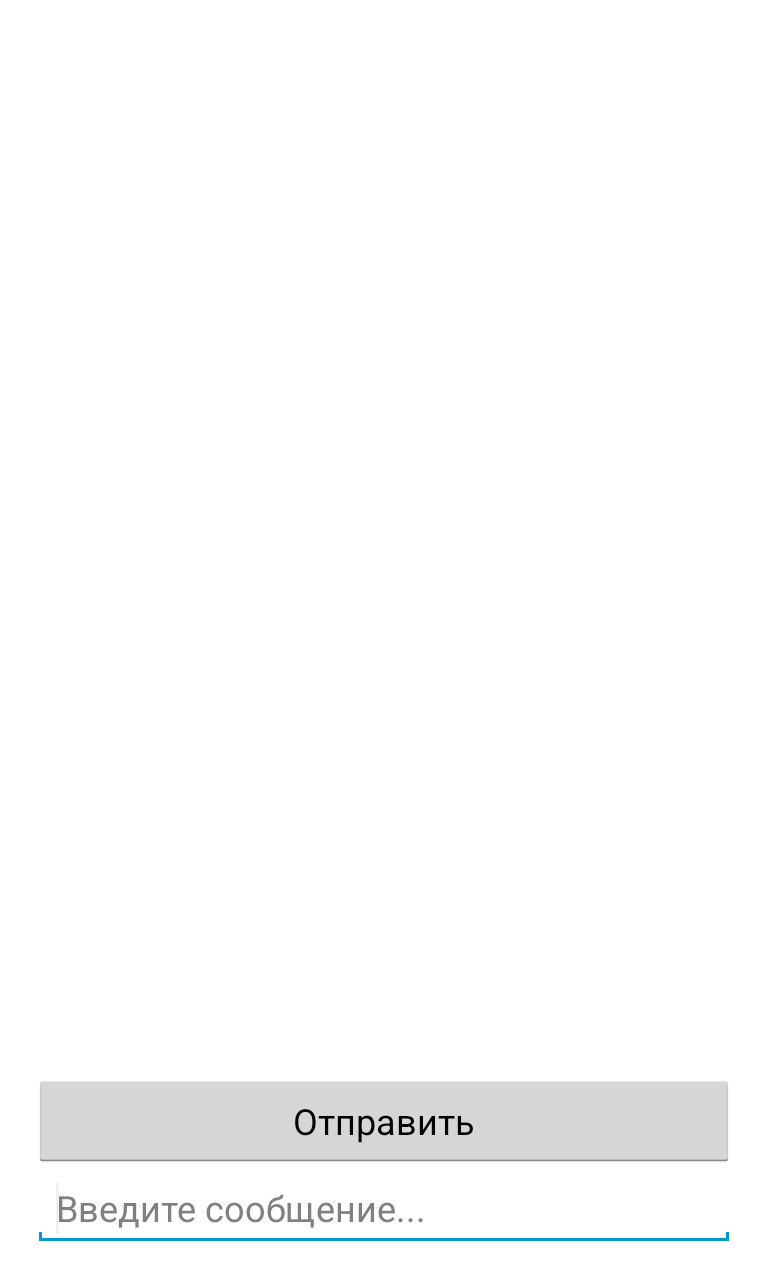
Repository: DukeSpontaneous/Bluetooth-Chat
Layout: BluetoothChat/res/layout/chat.xml
An editor plug-in stored every save of this project. The layout is shown before and after the next save, followed by the edit.
It is drawn on a 768 x 1280 px phone screen (xhdpi) without system bars, with theme AppTheme; the app's code is not run. Lists and similar views that code fills are empty.

Above is the layout before, as saved 2016-08-18 09:10:21.

### BluetoothChat/res/layout/chat.xml
<?xml version="1.0" encoding="utf-8"?>
<LinearLayout xmlns:android="http://schemas.android.com/apk/res/android"
    android:id="@+id/LinearLayout1"
    android:layout_width="match_parent"
    android:layout_height="match_parent"
    android:orientation="vertical"
    android:paddingBottom="16dp"
    android:paddingLeft="16dp"
    android:paddingRight="16dp"
    android:paddingTop="16dp">

    <!--android:configChanges="orientation|screenSize"-->



    <ListView
        android:id="@+id/listViewChat"
        android:layout_width="match_parent"
        android:layout_height="0dp"
        android:layout_weight="1" >
    </ListView>

      <Button
        android:id="@+id/buttonSendMessage"
        android:layout_width="match_parent"
        android:layout_height="wrap_content"
        android:text="@string/b_send_message" />

    <EditText
        android:id="@+id/et_input_message"
        android:layout_width="match_parent"
        android:layout_height="wrap_content"
        android:ems="10"
        android:hint="@string/hint_input_message"
        android:inputType="textMultiLine" >

        <requestFocus />
    </EditText>


</LinearLayout>

### BluetoothChat/res/values/strings.xml
<?xml version="1.0" encoding="utf-8"?>
<resources>

    <string name="app_name">Bluetooth Chat</string>
    <string name="tv_server_mode">Режим сервера</string>
    <string name="tv_client_mode">Режим клиента</string>
    <string name="b_server">Запустить сервер</string>
    <string name="sw_discover_devices">Искать устройства</string>

    <string name="b_send_message">Отправить</string>
    <string name="hint_input_message">Введите сообщение...</string>

    <string name="service_uuid">565b2b42-b215-4717-a10b-f61bd445001f</string>
    <string name="service_name">Testing Server</string>

    <string name="request_code_mode">RequestCodeMode</string>

</resources>

Loaded but not shown: BluetoothChat/res/values/styles.xml (common file); BluetoothChat/res/values-v11/styles.xml (common file); BluetoothChat/res/values-v14/styles.xml (common file)

After the next save:
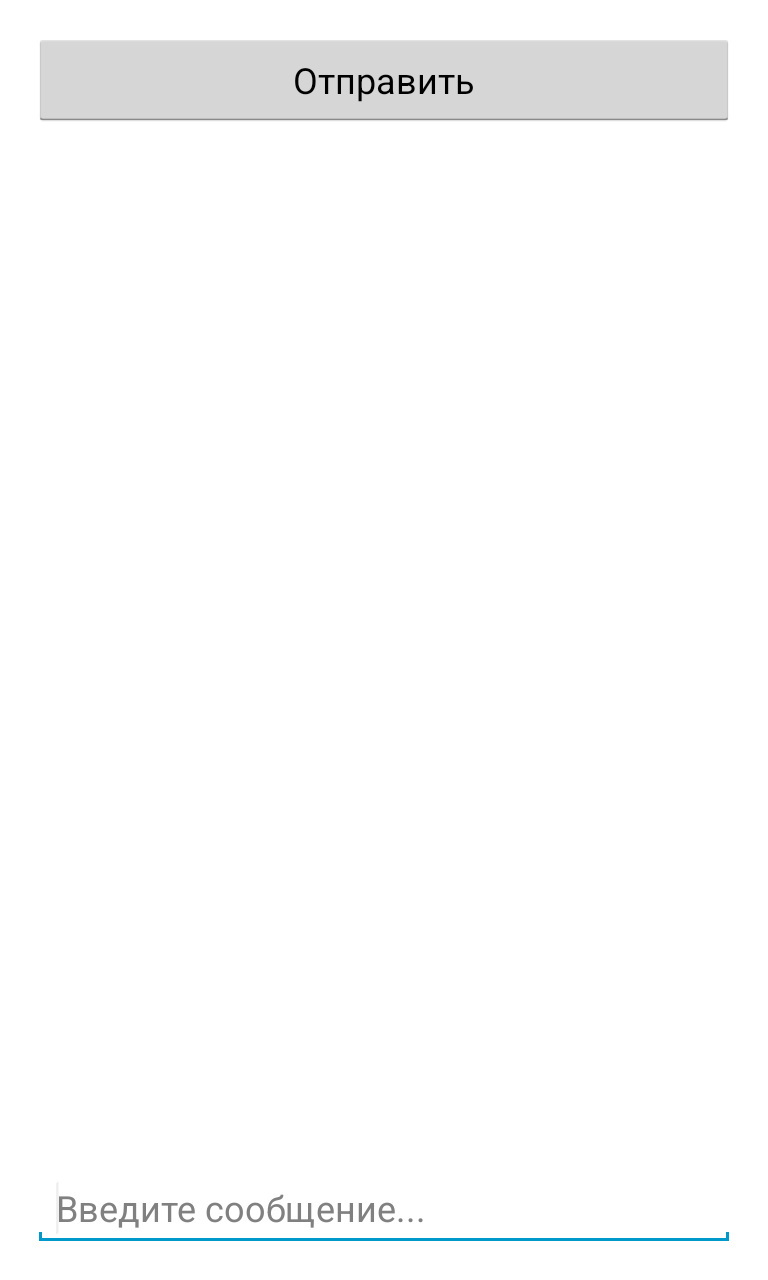
Saved 2 min 53 s later.
--- a/BluetoothChat/res/layout/chat.xml
+++ b/BluetoothChat/res/layout/chat.xml
@@ -11,20 +11,19 @@
 
     <!--android:configChanges="orientation|screenSize"-->
 
-
+    <Button
+        android:id="@+id/buttonSendMessage"
+        android:layout_width="fill_parent"
+        android:layout_height="wrap_content"
+        android:text="@string/b_send_message" />
 
     <ListView
         android:id="@+id/listViewChat"
         android:layout_width="match_parent"
         android:layout_height="0dp"
         android:layout_weight="1" >
+
     </ListView>
-
-      <Button
-        android:id="@+id/buttonSendMessage"
-        android:layout_width="match_parent"
-        android:layout_height="wrap_content"
-        android:text="@string/b_send_message" />
 
     <EditText
         android:id="@+id/et_input_message"

After the 2 saves that followed:
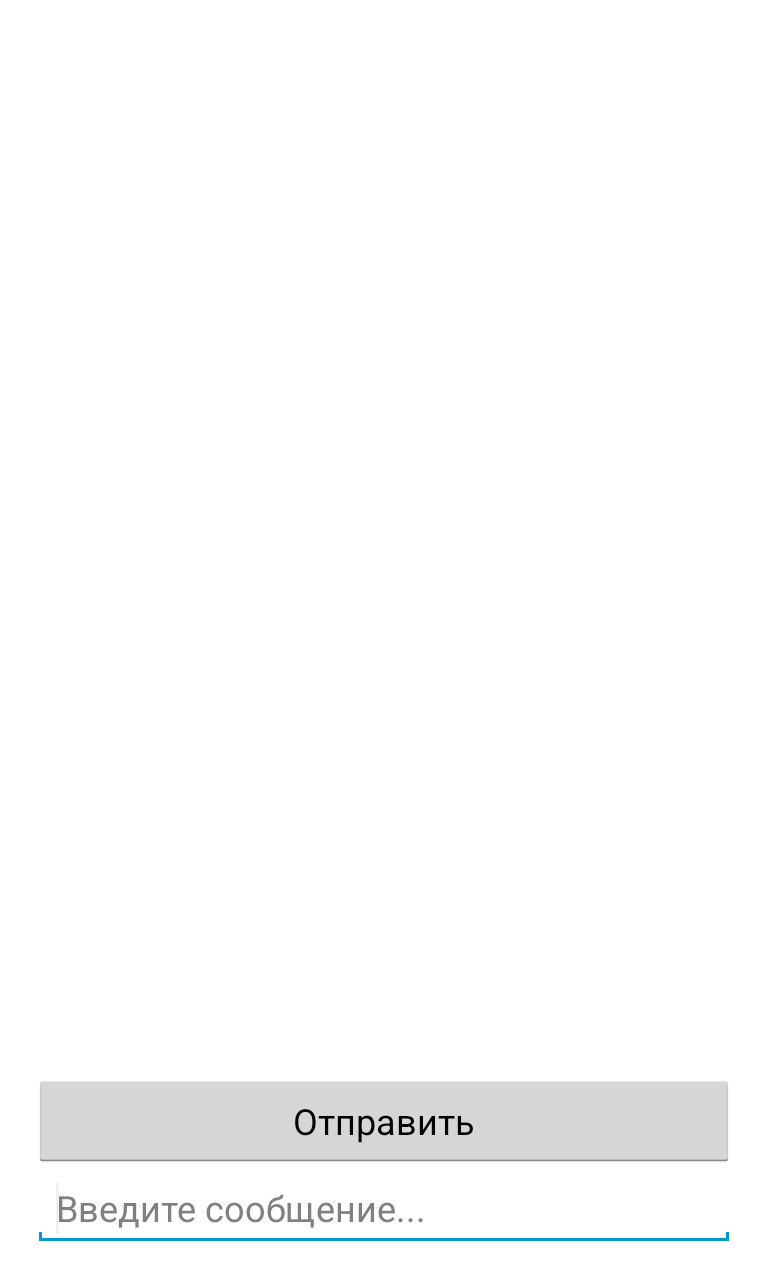
The 2 saves are shown as one change because 1 left the picture as it was.
The last was saved 7 min 17 s later.
--- a/BluetoothChat/res/layout/chat.xml
+++ b/BluetoothChat/res/layout/chat.xml
@@ -11,19 +11,17 @@
 
     <!--android:configChanges="orientation|screenSize"-->
 
-    <Button
-        android:id="@+id/buttonSendMessage"
-        android:layout_width="fill_parent"
-        android:layout_height="wrap_content"
-        android:text="@string/b_send_message" />
-
     <ListView
         android:id="@+id/listViewChat"
         android:layout_width="match_parent"
         android:layout_height="0dp"
-        android:layout_weight="1" >
+        android:layout_weight="1" />
 
-    </ListView>
+    <Button
+        android:id="@+id/buttonSendMessage"
+        android:layout_width="match_parent"
+        android:layout_height="wrap_content"
+        android:text="@string/b_send_message" />
 
     <EditText
         android:id="@+id/et_input_message"
